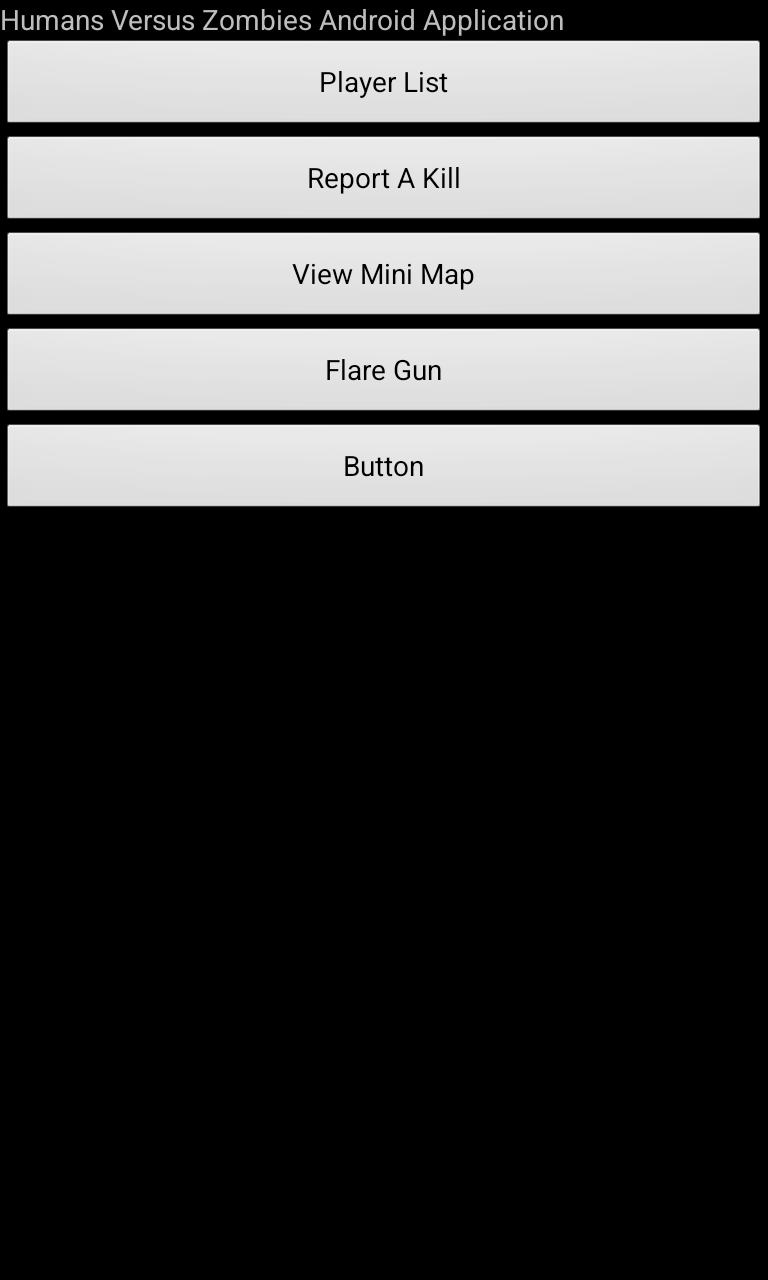
Repository: rolsen/HvZ
Layout: HvZ_phone/res/layout/main.xml
These files come from the project's save history. The layout is drawn as it stood at one moment and after the next save; the edit follows.
It is drawn on a 768 x 1280 px phone screen (xhdpi) without system bars, with theme android:Theme; the app's code is not run.

Above is the layout before, as saved 2011-11-05 00:13:29.

After the next save:
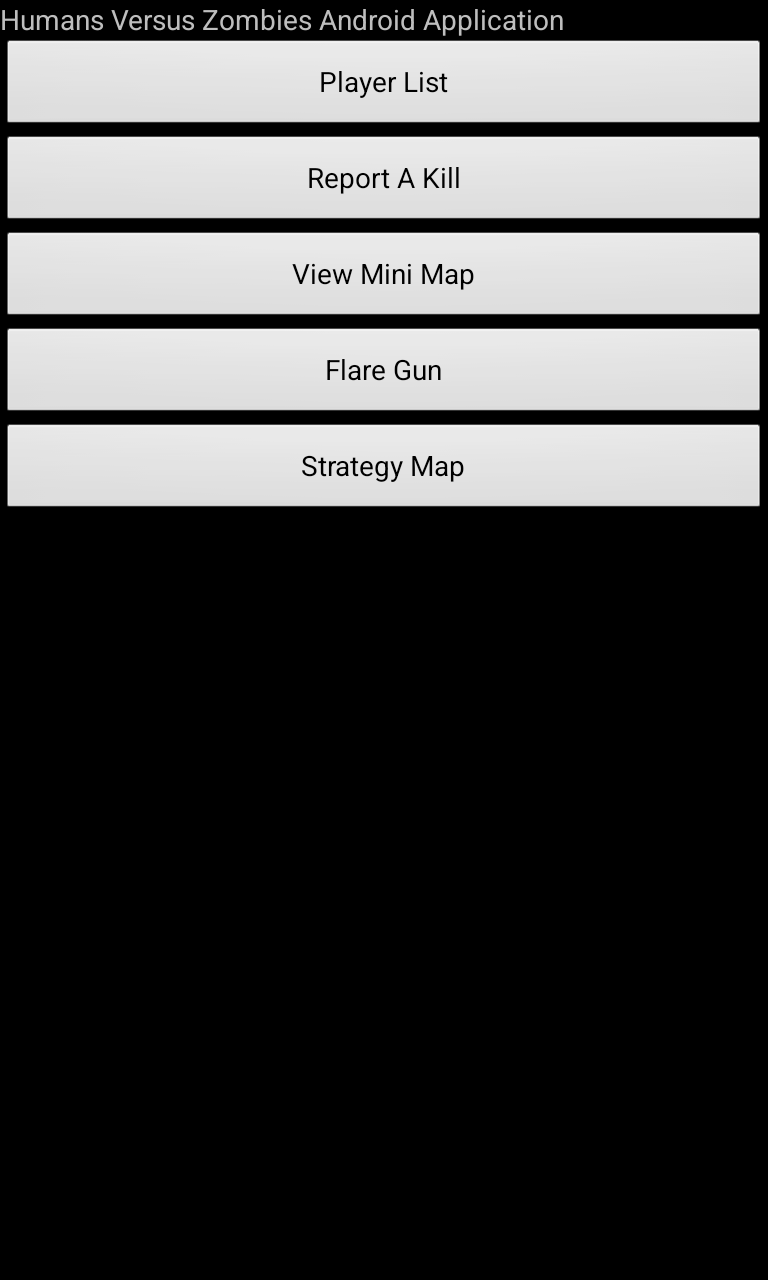
Saved 19 s later.
--- a/HvZ_phone/res/layout/main.xml
+++ b/HvZ_phone/res/layout/main.xml
@@ -47,6 +47,6 @@
         android:id="@+id/button5"
         android:layout_width="match_parent"
         android:layout_height="wrap_content"
-        android:text="Button" />
+        android:text="Strategy Map" />
 
 </LinearLayout>
